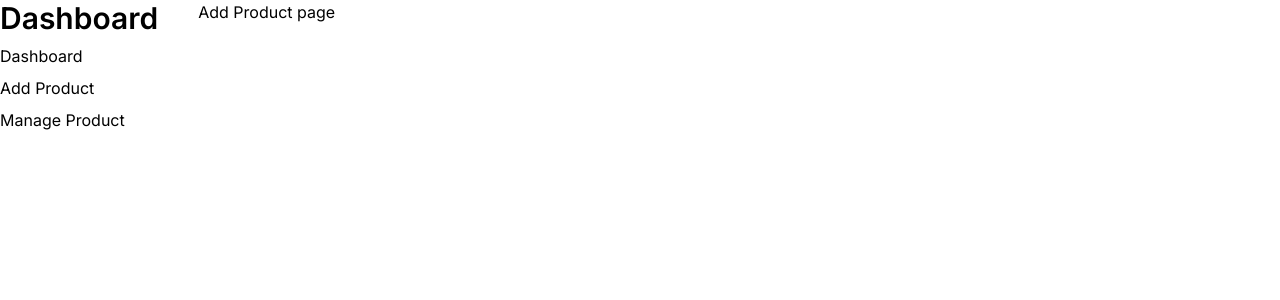
Repository: Wahid137/try-next-js
Page: /dashboard/add-product
These files come from the project's save history. The page is drawn as it stood at one moment and after the next save; the edit follows.
The browser window is 1280 px wide. The pictures show the whole page.
The project was rebuilt for these pictures with package versions that can differ from the ones it lists, and the page was loaded fresh each time. The framework's server and built-in components were replaced by stand-ins that run in the browser. Also part of the build but not shown: next.config.js.

Above is the page before, as saved 2023-10-18 01:26:08.

After the next save:
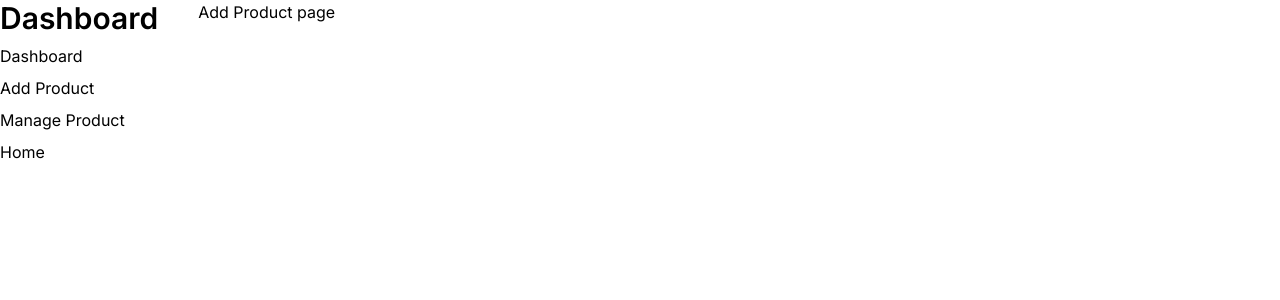
Saved 27 s later.
--- a/src/app/dashboard/Sidebar.jsx
+++ b/src/app/dashboard/Sidebar.jsx
@@ -12,6 +12,10 @@ const navLinks = [
   {
     path: "/dashboard/manage-product",
     title: "Manage Product",
+  },
+  {
+    path: "/",
+    title: "Home",
   },
 ];
 
